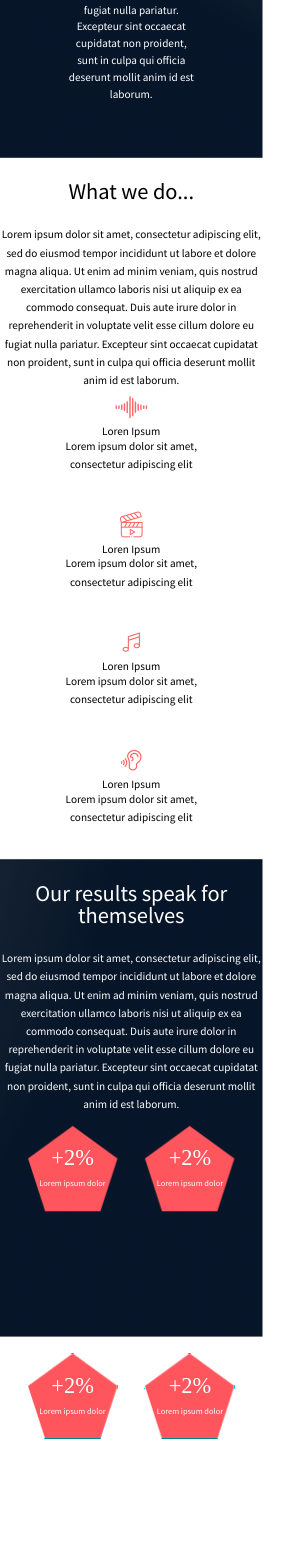
Repository: seleniadelgado/holbertonschool-web_front_end
Page: 0x09-implement_a_design_from_scratch/2-index.html
The author's editor kept a copy of each file at every save. The page is drawn from the files as they stood at one save, then again after the next save.
The browser window is 375 px wide. The page is 434 px wide, so the pictures cover 434 px, including what lies to the right of the window. The pictures show the part of the page from y = 928 to 3168 px (the page is 3168 px tall), at 70% of full size.

Above is the page before, as saved 2020-03-23 14:12:26.

After the next save:
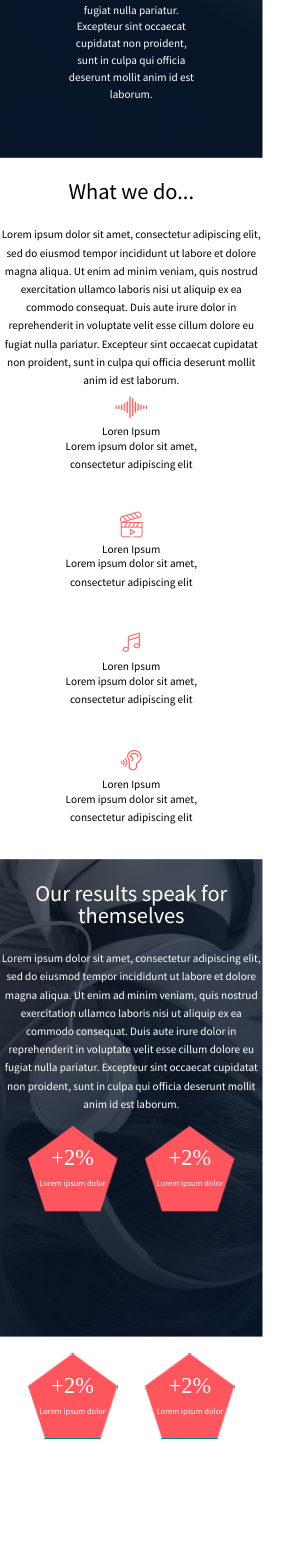
Saved 11 s later.
--- a/0x09-implement_a_design_from_scratch/2-styles.css
+++ b/0x09-implement_a_design_from_scratch/2-styles.css
@@ -342,7 +342,7 @@ a:hover, a:active {
   }
   @media (max-width: 480px) {
     #our-results {
-      background-position: 100%;
+      background-position: 25%;
     }
   }
 #our-results .grid .component {
